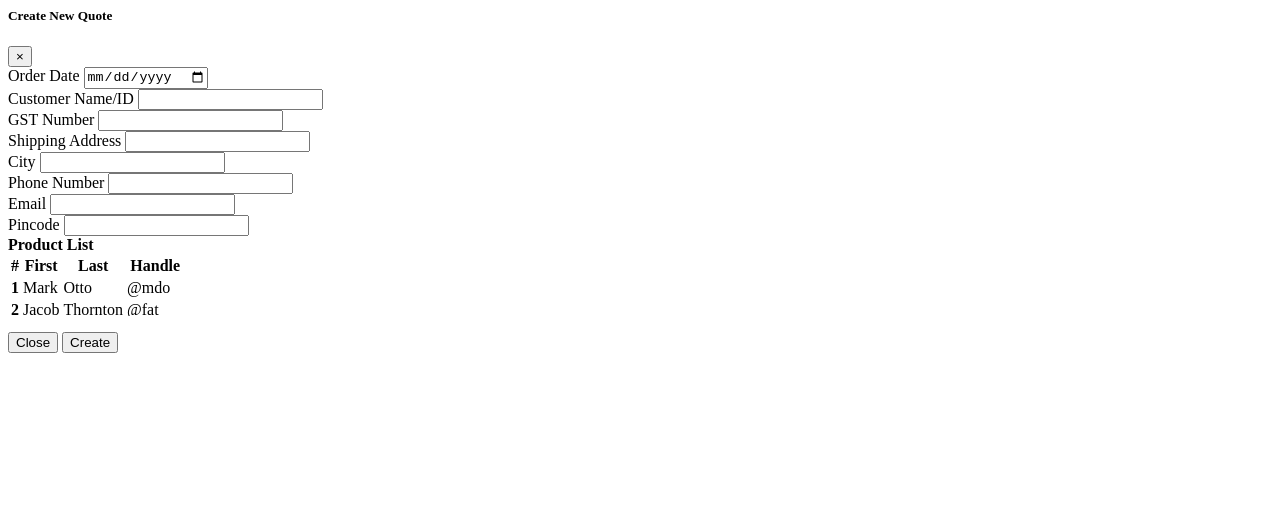
Repository: hrishibhattu/CodeFury-Internal-2
Page: ToYoDo/WebContent/WEB-INF/modal/quote.html
An editor plug-in stored every save of this project. The page is shown before and after the next save, followed by the edit.
The browser window is 1280 px wide. The pictures show the whole page.

Above is the page before, as saved 2021-09-19 06:52:12.

### ToYoDo/WebContent/WEB-INF/modal/quote.html
<!-- modal for creating new quote -->
<div class="modal fade" id="exampleModalCenter" tabindex="-1"
	role="dialog" aria-labelledby="exampleModalCenterTitle"
	aria-hidden="true">
	<div class="modal-dialog modal-dialog-centered modal-lg" role="document">
		<div class="modal-content">
			<div class="modal-header">
				<h5 class="modal-title" id="exampleModalLongTitle">Create New
					Quote</h5>
				<button type="button" class="close" data-dismiss="modal"
					aria-label="Close">
					<span aria-hidden="true">&times;</span>
				</button>
			</div>
			<div class="modal-body">

				<form>
					<div class="form-row">
						<div class="form-group col-md-4">
							<label for="orderdate">Order Date</label> <input type="date"
								class="form-control" id="inputEmail4">
						</div>
						<div class="form-group col-md-4">
							<label for="customerNameID">Customer Name/ID</label> <input type="text"
							class="form-control" id="inputAddress">
						</div>
						<div class="form-group col-md-4">
							<label for="gstNo">GST Number</label> <input type="text"
							class="form-control" id="inputAddress">
						</div>
					</div>
					<div class="form-row">
						<div class="form-group col-md-6">
							<label for="shippingAddress">Shipping Address</label> <input type="text"
							class="form-control" id="inputAddress">
						</div>
						<div class="form-group col-md-6">
							<label for="city">City</label> <input type="text"
							class="form-control" id="city">
						</div>
					</div>
					<div class="form-row">
						<div class="form-group col-md-4">
							<label for="phone">Phone Number</label> <input type="number"
							class="form-control" id="phone">
						</div>
						<div class="form-group col-md-6">
							<label for="email">Email</label> <input type="email"
							class="form-control" id="email">
						</div>
						<div class="form-group col-md-2">
							<label for="pincode">Pincode</label> <input type="number"
							class="form-control" id="pincode">
						</div>
					</div>
					<div class="container-fluid" style="height: 80px; overflow: scroll;">
					    <div class="row">
					      <strong>Product List</strong>

					      <table class="table table-hover">
							  <thead>
							    <tr>
							      <th scope="col">#</th>
							      <th scope="col">First</th>
							      <th scope="col">Last</th>
							      <th scope="col">Handle</th>
							    </tr>
							  </thead>
							  <tbody>
							    <tr>
							      <th scope="row">1</th>
							      <td>Mark</td>
							      <td>Otto</td>
							      <td>@mdo</td>
							    </tr>
							    <tr>
							      <th scope="row">2</th>
							      <td>Jacob</td>
							      <td>Thornton</td>
							      <td>@fat</td>
							    </tr>
							    <tr>
							      <th scope="row">3</th>
							      <td colspan="2">Larry the Bird</td>
							      <td>@twitter</td>
							    </tr>
							  </tbody>
						</table>



					    </div>
					</div>
				</form>

			</div>
			<div class="modal-footer">
				<button type="button" class="btn btn-secondary" data-dismiss="modal">Close</button>
				<button type="button" class="btn btn-primary">Create</button>
			</div>
		</div>
	</div>
</div>

After the next save:
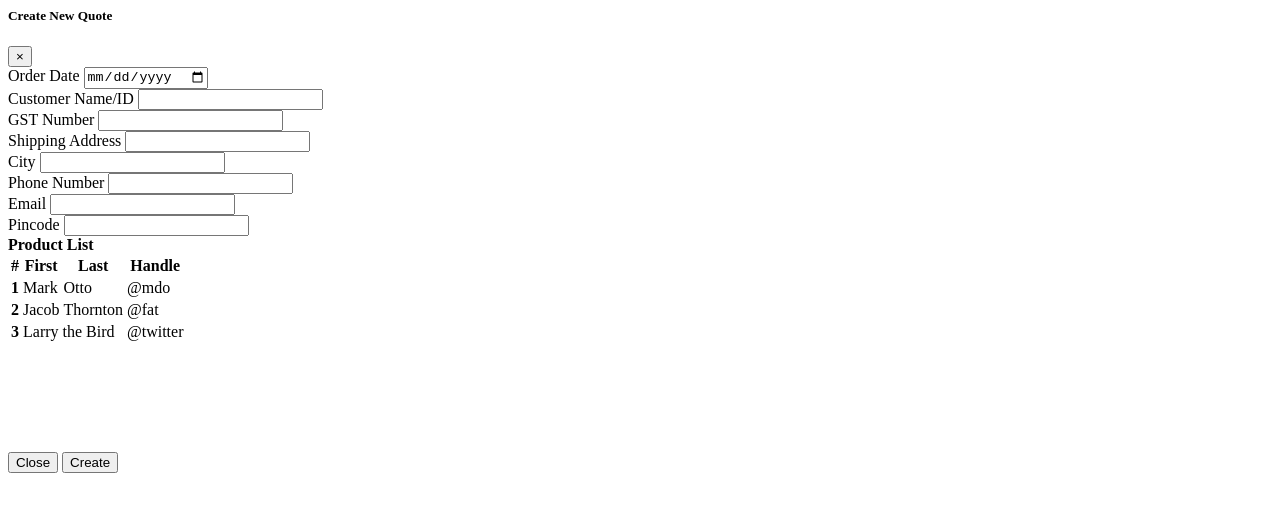
Saved 19 s later.
--- a/ToYoDo/WebContent/WEB-INF/modal/quote.html
+++ b/ToYoDo/WebContent/WEB-INF/modal/quote.html
@@ -53,7 +53,7 @@
 							class="form-control" id="pincode">
 						</div>
 					</div>
-					<div class="container-fluid" style="height: 80px; overflow: scroll;">
+					<div class="container-fluid" style="height: 200px; overflow-y: scroll;">
 					    <div class="row">
 					      <strong>Product List</strong>
 
